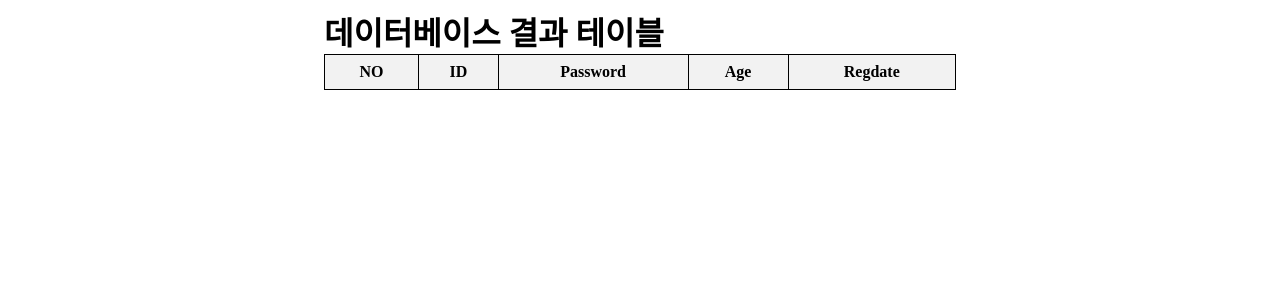
Repository: 2JISUN/hta-lecture-basic
Page: http://localhost/jsp03/list.jsp
These files come from the project's save history. The page is drawn as it stood at one moment and after the next save; the edit follows.
The browser window is 1280 px wide. The pictures show the whole page.
The page is served by Tomcat 10. Other server files are loaded and not shown. Queries for data that is not in the repository find no rows.

Above is the page before, as saved 2023-09-15 03:27:46.

### jsp-lecture/jsp03/src/main/webapp/list.jsp
<%@page import="java.sql.ResultSet"%>
<%@page import="java.sql.PreparedStatement"%>
<%@page import="java.sql.Connection"%>
<%@page import="java.sql.DriverManager"%>
<%@ page language="java" contentType="text/html; charset=UTF-8"
    pageEncoding="UTF-8"%>
<%


    //1. driver 찾기
    String driver = "oracle.jdbc.OracleDriver";
	Class.forName(driver);

	//2. url
	// 자바17 = 오라클11
	String url = "jdbc:oracle:thin:@localhost:1521:xe";
    String id = "jisun";
    String pw = "1234";

    Connection conn = DriverManager.getConnection(url, id, pw);
	System.out.println("db연결 성공");

	//3. 조회 : 쿼리 작성 + 결과값 받아오기
	//3-1. 쿼리문 처리 메서드
	//3-2. 결과값 받아오기 select 를 제외하고 나머지는 정수 0
	PreparedStatement pstmt = null;
	ResultSet rs = null;
	String sql = "select * from test";
	pstmt = conn.prepareStatement(sql);
	rs = pstmt.executeQuery();

	/*
	if(rs.next()){
		System.out.println(rs.getString("id"));
		System.out.println(rs.getString("password"));
	}
	if(rs.next()){
		System.out.println(rs.getString("id"));
		System.out.println(rs.getString("password"));
	}
	if(rs.next()){
		System.out.println(rs.getString("id"));
		System.out.println(rs.getString("password"));
	}
	*/

%>
<!DOCTYPE html>
<html>
<head>
    <meta charset="UTF-8">
    <title>데이터베이스 결과 테이블</title>
    <style>
    	h1 {
    	width: 50%;
    	margin: auto;
    	}
        table {
            border-collapse: collapse;
            width: 50%;
            margin: auto;
        }

        th, td {
            border: 1px solid black;
            padding: 8px;
            text-align: center;
        }

        th {
            background-color: #f2f2f2;
        }
    </style>
</head>
<body>
    <h1>데이터베이스 결과 테이블</h1>
    <table>
        <tr>
        	<th>NO</th>
            <th>ID</th>
            <th>Password</th>
            <th>Age</th> <!-- Age 열 추가 -->
            <th>Regdate</th> <!-- RegDate 열 추가 -->
        </tr>
        <%
            while(rs.next()) {
        %>
            <tr>
            	<td><%= rs.getInt("no") %></td>
                <td><%= rs.getString("id") %></td>
                <td><%= rs.getString("password") %></td>
                <td><%= rs.getString("age") %></td> <!-- Age 값 표시 -->
                <td><%= rs.getString("regdate") %></td> <!-- Reg Date 값 표시 -->
            </tr>
        <%
            }
        %>
    </table>
</body>
</html>

After the next save:
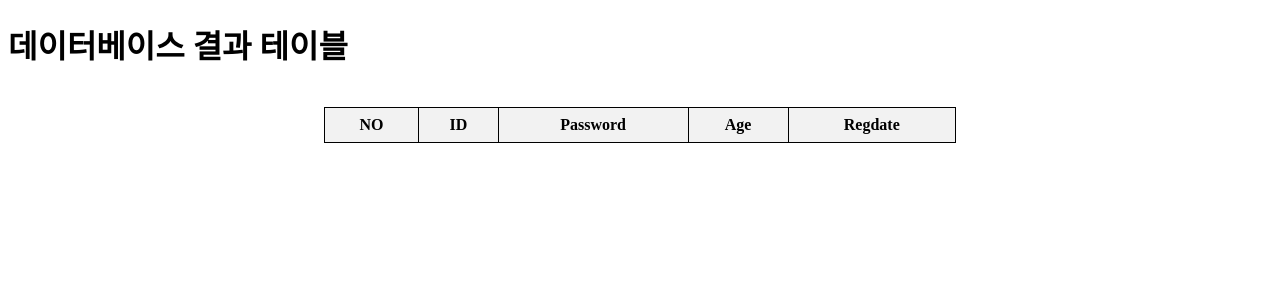
Saved 32 s later.
--- a/jsp-lecture/jsp03/src/main/webapp/list.jsp
+++ b/jsp-lecture/jsp03/src/main/webapp/list.jsp
@@ -53,7 +53,7 @@
     <style>
     	h1 {
     	width: 50%;
-    	margin: auto;
+
     	}
         table {
             border-collapse: collapse;
@@ -74,6 +74,7 @@
 </head>
 <body>
     <h1>데이터베이스 결과 테이블</h1>
+    <br>
     <table>
         <tr>
         	<th>NO</th>
